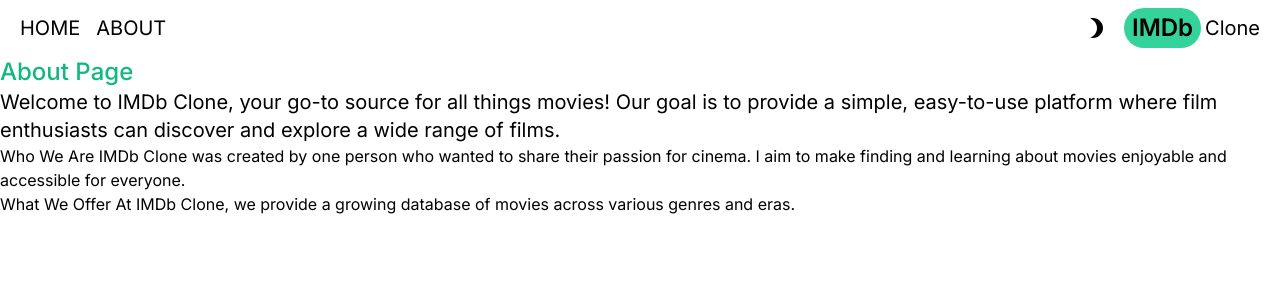
Repository: Tan28-art/Next-JS-Movie-Site
Page: /about (app in starter/)
An editor plug-in stored every save of this project. The page is shown before and after the next save, followed by the edit.
The browser window is 1280 px wide. The pictures show the whole page.
The project was rebuilt for these pictures with package versions that can differ from the ones it lists, and the page was loaded fresh each time. The framework's server and built-in components were replaced by stand-ins that run in the browser. Also part of the build but not shown: starter/next.config.mjs.

Above is the page before, as saved 2024-07-23 17:48:12.

### starter/app/layout.tsx
import type { Metadata } from "next";
import { Inter } from "next/font/google";
import "./globals.css";
import Header from "@/components/Header";
import MenuItem from "@/components/MenuItem";
import Providers from "./Providers";


const inter = Inter({ subsets: ["latin"] });

export const metadata: Metadata = {
  title: "Movie App",
  description: "Movie Search App",
};

export default function RootLayout({
  children,
}: Readonly<{
  children: React.ReactNode;
}>) {
  return (
    <html lang="en">
      <body className={inter.className}>
        <Providers>
          <Header />
          {children}
        </Providers>
      </body>
    </html>
  );
}

### starter/app/about/page.tsx
import React from "react";

export default function page() {
  return (
    <div>
      <h1 className="text-2xl font-medium text-emerald-500">About Page</h1>
      <p className="text-xl">
        Welcome to IMDb Clone, your go-to source for all things movies! Our goal
        is to provide a simple, easy-to-use platform where film enthusiasts can
        discover and explore a wide range of films.
      </p>
      <p>
        Who We Are IMDb Clone was created by one person who
        wanted to share their passion for cinema. I aim to make finding and
        learning about movies enjoyable and accessible for everyone.
      </p>
      <p>
        What We Offer At IMDb Clone, we provide a growing database of movies
        across various genres and eras.
      </p>
    </div>
  );
}

### starter/components/Header.tsx
import React from "react";
import MenuItem from "./MenuItem";
import { TiHome } from "react-icons/ti";
import { TiInfoLarge } from "react-icons/ti";
import Link from "next/link";
import DarkModeSwitch from "./DarkModeSwitch";

export default function Header() {
  return (
    <div className="flex justify-between items-center p-2 px-5 mx-auto">
      <div className="flex gap-4">
        <MenuItem title="Home" Icon={TiHome} address="/" />
        <MenuItem title="About" Icon={TiInfoLarge} address="/about" />
      </div>

      {/* right side of header */}
      <div className="flex items-center gap-4">
        <div className="text-2xl">
          <DarkModeSwitch />
        </div>
        <Link href="/" className="flex gap-1 items-center">
          <span className="text-2xl font-semibold bg-emerald-400 py-1 px-2 rounded-3xl">
            IMDb
          </span>
          <span className="text-xl hidden sm:inline">Clone</span>
        </Link>
      </div>
    </div>
  );
}

### starter/app/Providers.tsx
"use client";
import React from "react";
import { ThemeProvider } from "next-themes";

export default function Providers({ children }: { children: React.ReactNode }) {
    return (
      <ThemeProvider defaultTheme="system" attribute="class">
        <div>{children}</div>
      </ThemeProvider>
    );
  }

### starter/components/MenuItem.tsx
import Link from 'next/link';
import React from 'react'

interface MenuItemProps {
    title: string;
    Icon: any;
    address: string;
  }


export default function MenuItem({ title, Icon, address }: MenuItemProps) {

  if (!address) {
    console.error(`MenuItem component expects a valid 'address' prop, but got '${address}'`);
    return null;
  }

  return (
    <Link href={address} className = 'hover:text-emerald-500'>
      <Icon className = 'text-3xl sm:hidden' />
      <p className = 'uppercase hidden sm:inline text-xl'>{title}</p>
    </Link>
  )
}

### starter/components/DarkModeSwitch.tsx
"use client";

import { MdBrightness3, MdBrightness5 } from "react-icons/md"; // dark mode icon
import { useTheme } from "next-themes";
import React, { useEffect } from "react";

// Wrapper component to add className and onClick support
const IconWithProps = ({ IconComponent, className, onClick }: { IconComponent: any; className: string; onClick?: () => void }) => {
  return <IconComponent className={className} onClick={onClick} />;
};

export default function DarkModeSwitch() {
  const { theme, setTheme, systemTheme } = useTheme();
  const currentTheme = theme === "system" ? systemTheme : theme;
  const [mounted, setMounted] = React.useState(false);
  useEffect(() => setMounted(true), []);

  const handleToggleTheme = () => {
    setTheme(currentTheme === "dark" ? "light" : "dark");
  };

  return (
    <div>
      {mounted && (currentTheme === "dark" ? (
        <IconWithProps IconComponent={MdBrightness5} className="cursor-pointer hover:text-emerald-500" onClick={handleToggleTheme} />
      ) : (
        <IconWithProps IconComponent={MdBrightness3} className="cursor-pointer hover:text-emerald-500" onClick={handleToggleTheme} />
      ))}
    </div>
  );
}

Loaded but not shown: starter/app/globals.css (common file); starter/tailwind.config.ts (common file)

After the next save:
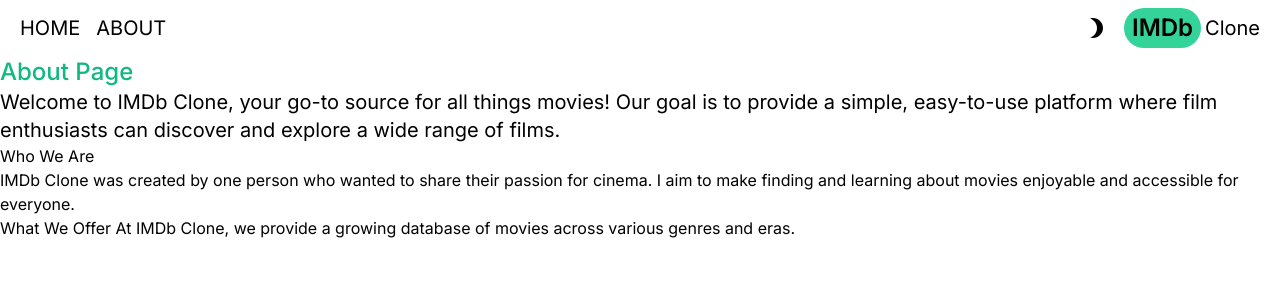
Saved 5 min 29 s later.
--- a/starter/app/about/page.tsx
+++ b/starter/app/about/page.tsx
@@ -10,7 +10,7 @@
         discover and explore a wide range of films.
       </p>
       <p>
-        Who We Are IMDb Clone was created by one person who
+        <p>Who We Are</p> IMDb Clone was created by one person who
         wanted to share their passion for cinema. I aim to make finding and
         learning about movies enjoyable and accessible for everyone.
       </p>
